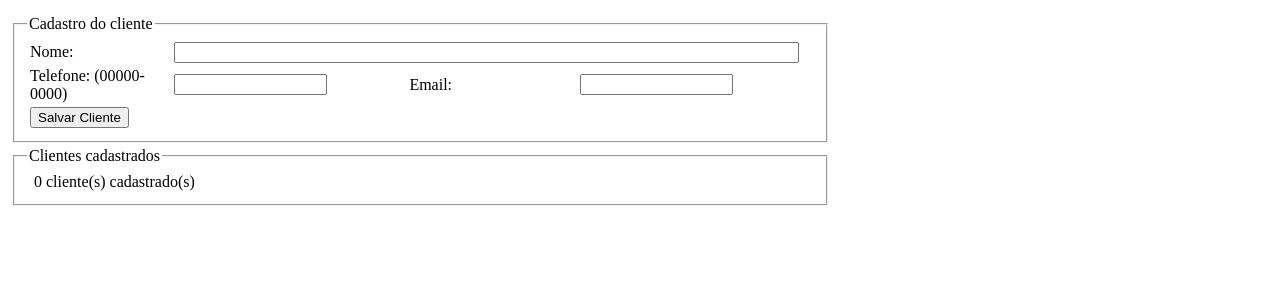
Repository: GabrielGGhost/EstudoJavaAW1-AW2
Page: http://localhost/estudos14/listaClientes
An editor plug-in stored every save of this project. The page is shown before and after the next save, followed by the edit.
The browser window is 1280 px wide. The pictures show the whole page.
The page is served by Tomcat 9. Other server files are loaded and not shown. Queries for data that is not in the repository find no rows.

Above is the page before, as saved 2020-10-25 18:47:28.

### estudos14/WebContent/jsp/cadastroClientesAjax.jsp
<%@ page language="java" contentType="text/html; charset=ISO-8859-1"
    pageEncoding="ISO-8859-1"%>

<%@taglib uri="http://java.sun.com/jsp/jstl/core" prefix="c"%>
<!DOCTYPE html PUBLIC "-//W3C//DTD HTML 4.01 Transitional//EN" "http://www.w3.org/TR/html4/loose.dtd">
<html>
<head>
<meta http-equiv="Content-Type" content="text/html; charset=ISO-8859-1">
<title>CRUD de Clientes Ajax</title>
</head>
	<script>
		var request;
		var index = 0;

		function sendRequest() {
			//Monta a url de requisição para o servidor
			url = "salvaClienteAsync";
			request = new XMLHttpRequest();

			//Determina a função para o processamento da requislção
			request.onreadystatechange = processRequest;

			//Configura a requisição
			request.open("POST", url, true);

			//Prepara os dados a serem enviados
			var nome = document.getElementById("nome").value;
			var email = document.getElementById("email").value;
			var telefone = document.getElementById("telefone").value;

			var dados = "Nome: " + nome + "&email" + email + "&telefone" + telefone;

			//Envia a requisição
			request.send(dados);
		}

		function processRequest(){
			//Faz a leitura da resposta recebida
			var response = request.responseText;
			if(request.readyState == 3 && request.status == 20){
				var div = document.getElementById("mensagem");
				var mensagem = response.substring(index);
				div.innerHTML = "";
				div.appendChild(document.createTextNode(mensagem));
				index = response.lenght;
			};
		}
	</script>
<body>
	<table>
		<tr>
			<td>
				<div style="color:green" id="mensagem"></div>
			</td>
		</tr>
		<tr>
			<td>
				<fieldset>
					<legend>Cadastro do cliente</legend>
					<form>
						<table width="100%">
							<tr>
								<td width="25%">
									<label for="nome">
										Nome:
									</label>
								</td>
								<td colspan="3">
									<input name="nome" id="nome" type="text" size="75" maxlength="255" value="${cliente.nome}">
									<input name="id" id="id" type="hidden" value="^${cliente.id}">
								</td>
							</tr>
							<tr>
								<td width="25%">
									<label for="telefone">
										Telefone:&nbsp;(00000-0000)
									</label>
								</td>
								<td>
									<input name="telefone"
										   id="telefone"
										   type="text"
										   size="16"
										   value="${cliente.telefone}">
								</td>
								<td width="25%">
									<label for="email">
										Email:
									</label>
								</td>
								<td>
									<input name="email"
									       id="email"
									       type="email"
									       size="16"
									       value="${cliente.email}">
								</td>
							</tr>
							<tr>
								<td colspan="4">
									<input type="button"
										   onlick="sendRequest();"
										   name="Salvar"
										   value="Salvar Cliente"/>
								</td>
							</tr>
						</table>
					</form>
				</fieldset>
			</td>
		</tr>
		<tr>
			<td>
				<fieldset>
					<legend>
						Clientes cadastrados
					</legend>
					<div class="tabelaGC">
						<table>
							<tr>
								<td class="coluna1"></td>
								<td class="coluna2">
									${clientes.stream().count()} cliente(s) cadastrado(s)
								</td>
								<td class="coluna3"></td>
							</tr>
						</table>
						<c:if test="${empty clientes}">
							<table>

							</table>
						</c:if>
					</div>
				</fieldset>
			</td>
		</tr>
	</table>
</body>
</html>

### estudos14/src/com/estudo/servlets/ListaClientes.java
package com.estudo.servlets;

import java.util.List;
import java.io.IOException;
import javax.servlet.ServletException;
import javax.servlet.annotation.WebServlet;
import javax.servlet.http.HttpServlet;
import javax.servlet.http.HttpServletRequest;
import javax.servlet.http.HttpServletResponse;

import com.estudo.aw.dao.*;
import com.estudo.model.*;
import com.estudo.exception.GlobalcodeException;

/**
 * Servlet implementation class ListaClientes
 */
@WebServlet("/listaClientes")
public class ListaClientes extends HttpServlet {
	private static final long serialVersionUID = 1L;


	protected void doGet(HttpServletRequest request, HttpServletResponse response) throws ServletException, IOException {

		try{

			ClienteDB cliente = new ClienteDB();

			List<Cliente> clientes = cliente.getAllClients();

			request.setAttribute("clientes", clientes);
			request.getRequestDispatcher("/jsp/cadastroClientesAjax.jsp").forward(request, response);


		} catch(GlobalcodeException ex) {
			//tratamento do erro
		}
	}


}

### estudos14/src/com/estudo/aw/dao/ClienteDAO.java
package com.estudo.aw.dao;

import java.util.List;

import com.estudo.exception.GlobalcodeException;
import com.estudo.model.Cliente;


public interface ClienteDAO {

    public void save(Cliente p) throws GlobalcodeException;

    public List<Cliente> getAllClients() throws GlobalcodeException;

}

### estudos14/src/com/estudo/aw/dao/ClienteDB.java
package com.estudo.aw.dao;


import java.sql.Connection;
import java.sql.PreparedStatement;
import java.sql.ResultSet;
import java.sql.SQLException;
import java.sql.Statement;
import java.util.List;

import com.estudo.exception.GlobalcodeException;
import com.estudo.model.Cliente;

import java.util.ArrayList;


public class ClienteDB implements ClienteDAO {

    private final String INSERT_QUERY = "insert into clientes (nome,preco,marca) values (?,?,?)";
    private final String SELECT_ALL_QUERY = "select * from clientes";

    @Override
    public void save(Cliente p) throws GlobalcodeException {
        Connection conn = null;
        ResultSet rs = null;
        PreparedStatement prepStmt = null;
        try {
            conn = ConnectionManager.getConexao();
            prepStmt = conn.prepareStatement(INSERT_QUERY);
            prepStmt.setString(1, p.getNome());
            prepStmt.setString(2, p.getTelefone());
            prepStmt.setString(3, p.getEmail());
            prepStmt.execute();
        } catch (SQLException e) {
            String msg = "[ClientesDB][save(Cliente c)]: " + e.getMessage();
            GlobalcodeException ge = new GlobalcodeException(msg, e);
            throw ge;
        } finally {
            ConnectionManager.closeAll(conn, prepStmt, rs);
        }
    }

    @Override
    public List<Cliente> getAllClients() throws GlobalcodeException {
        Connection conn = null;
        Statement stmt = null;
        ResultSet rs = null;
        List<Cliente> listaClientes = new ArrayList<Cliente>();
        try {
            conn = ConnectionManager.getConexao();
            stmt = conn.createStatement();
            rs = stmt.executeQuery(SELECT_ALL_QUERY);
            while (rs.next()) {
                int id = rs.getInt("id");
                String nome = rs.getString("nome");
                String telefone = rs.getString("telefone");
                String email = rs.getString("email");
                Cliente p = new Cliente(id, nome, telefone, email);
                listaClientes.add(p);
            }
        } catch (SQLException e) {
            String msg = "[ClientesDB][getAllClientes()]: " + e.getMessage();
            GlobalcodeException ge = new GlobalcodeException(msg, e);
            throw ge;
        } finally {
            ConnectionManager.closeAll(conn, stmt, rs);
        }
        return listaClientes;
    }
}

### estudos14/src/com/estudo/aw/dao/ConnectionManager.java
package com.estudo.aw.dao;


import java.sql.Connection;
import java.sql.DriverManager;
import java.sql.ResultSet;
import java.sql.SQLException;
import java.sql.Statement;

import com.estudo.exception.GlobalcodeException;


public class ConnectionManager {

	private static final String DRIVER = "jdbc";
	private static final String DB = "mysql";
	private static final String HOST = "localhost";
	private static final String IP = "3306";
	private static final String DATABASE = "trainee";
	private static final String TIMEZONE = "?useTimezone=true&serverTimezone=UTC";
	private static final String USER = "root";
	private static final String PASSWORD = "";

    public static Connection getConexao() throws GlobalcodeException {
        Connection conn = null;
        try {
            Class.forName("com.mysql.cj.jdbc.Driver");
            conn = DriverManager.getConnection(
					ConnectionManager.DRIVER + ":" +
					ConnectionManager.DB + "://" +
					ConnectionManager.HOST + ":" +
					ConnectionManager.IP + "/" +
					ConnectionManager.DATABASE +
					ConnectionManager.TIMEZONE,
					ConnectionManager.USER,
					ConnectionManager.PASSWORD);

            System.out.println("[ConnectionManager]: Obtendo conexao");
            return conn;
        } catch (ClassNotFoundException e) {
            String errorMsg = "Driver nao encontrado";
            throw new GlobalcodeException(errorMsg, e);
        } catch (SQLException e) {
            String errorMsg = "Erro ao obter a conexao";
            throw new GlobalcodeException(errorMsg, e);
        }
    }

    public static void closeAll(Connection conn) {
        try {
            if (conn != null) {
                conn.close();
            }
        } catch (Exception e) {
            e.printStackTrace();
        }
    }

    public static void closeAll(Connection conn, Statement stmt, ResultSet rs) {
        try {
            if (conn != null || stmt != null) {
                closeAll(conn, stmt);
            }
            if (rs != null) {
                rs.close();
            }
        } catch (Exception e) {
            e.printStackTrace();
        }
    }

    public static void closeAll(Connection conn, Statement stmt) {
        try {
            if (conn != null) {
                closeAll(conn);
            }
            if (stmt != null) {
                stmt.close();
            }
        } catch (Exception e) {
            e.printStackTrace();
        }
    }
}

After the next save:
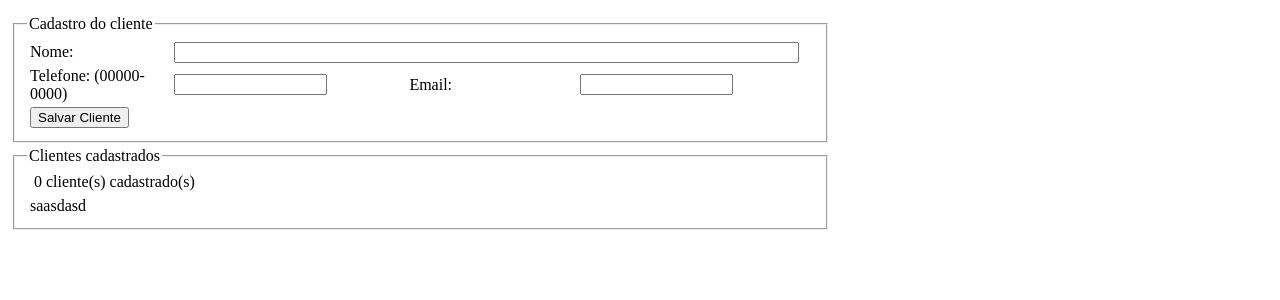
Saved 18 s later.
--- a/estudos14/WebContent/jsp/cadastroClientesAjax.jsp
+++ b/estudos14/WebContent/jsp/cadastroClientesAjax.jsp
@@ -127,7 +127,9 @@
 						</table>
 						<c:if test="${empty clientes}">
 							<table>
-
+								<tr>
+								<td>saasdasd</td>
+								</tr>
 							</table>
 						</c:if>
 					</div>

After the save that followed:
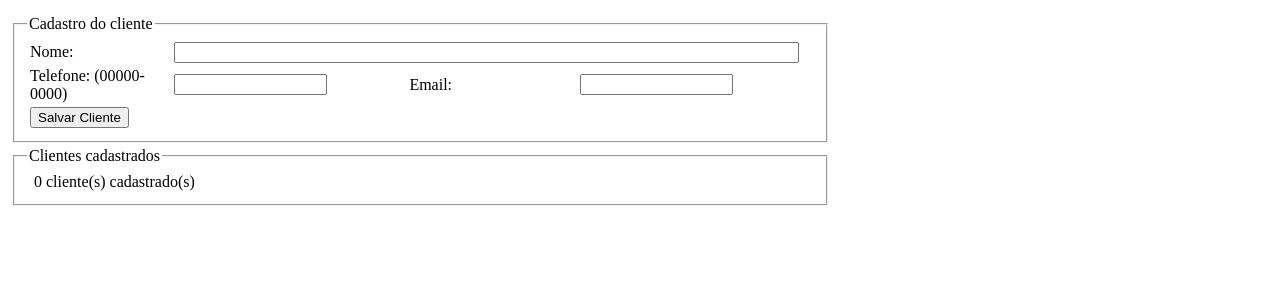
Saved 3 min 12 s later.
--- a/estudos14/WebContent/jsp/cadastroClientesAjax.jsp
+++ b/estudos14/WebContent/jsp/cadastroClientesAjax.jsp
@@ -125,11 +125,30 @@
 								<td class="coluna3"></td>
 							</tr>
 						</table>
-						<c:if test="${empty clientes}">
+						<c:if test="${!empty clientes}">
 							<table>
-								<tr>
-								<td>saasdasd</td>
-								</tr>
+								<thead>
+									<tr>
+										<td>Nome</td>
+										<td>ID</td>
+										<td>Telefone</td>
+										<td>Email</td>
+									</tr>
+								</thead>
+								<tbody>
+									<c:forEach var="professor" items="${professores}">
+										<tr>
+											<td>
+												<a href="EditaCliente?id=${cliente.id}">${cliente.nome}</a>
+											</td>
+											<td>${cliente.id}</td>
+											<td>${cliente.telefone}</td>
+											<td>${cliente.telefone}</td>
+											<td>${cliente.email}</td>
+											<td><a href="RemoveCliente?id=${cliente.id}">Remover</a></td>
+										</tr>
+									</c:forEach>
+								</tbody>
 							</table>
 						</c:if>
 					</div>
